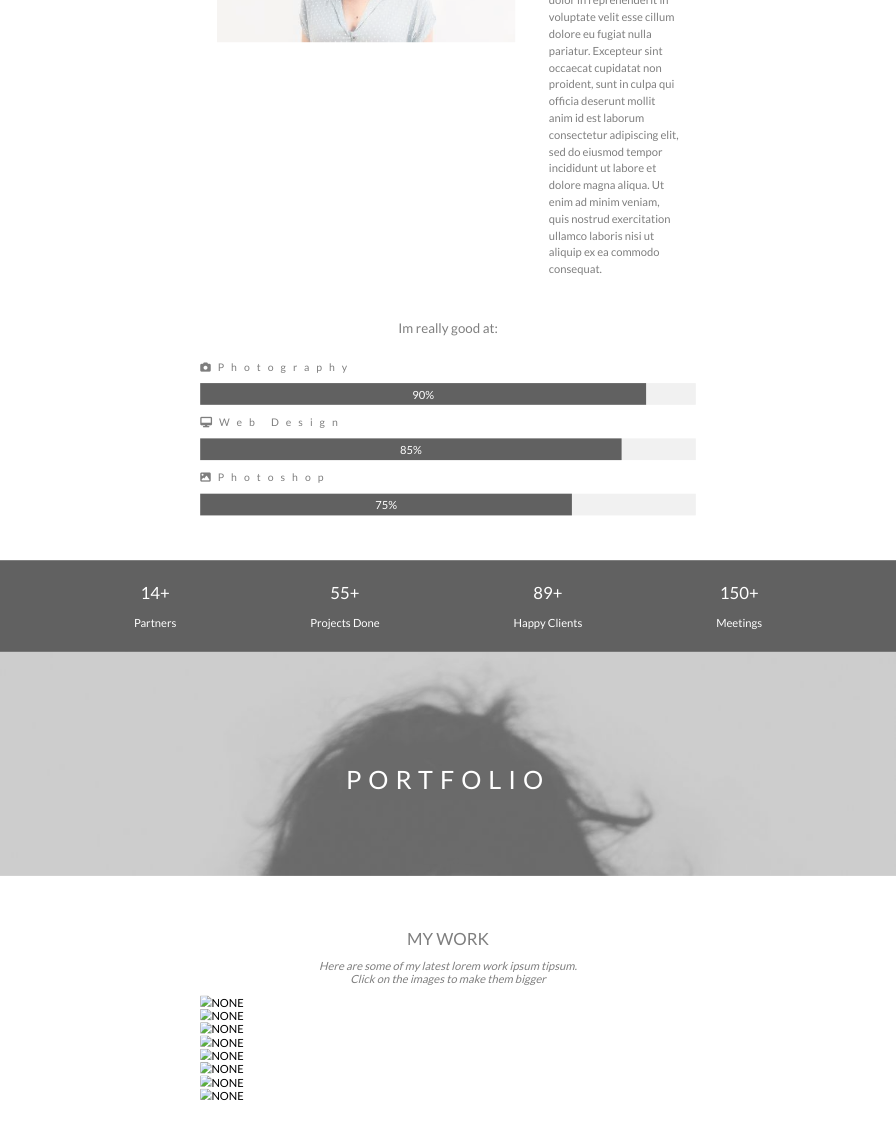
Repository: xd25vn/project-error
Page: index.html
The author's editor kept a copy of each file at every save. The page is drawn from the files as they stood at one save, then again after the next save.
The browser window is 1280 px wide. The pictures show the part of the page from y = 1035 to 2955 px (the page is 2674 px tall before and 2955 px after), at 70% of full size.

Above is the page before, as saved 2023-09-03 13:52:25.

### index.html
<html lang="en">
<head>
    <meta charset="UTF-8">
    <meta name="viewport" content="width=device-width, initial-scale=1.0">
    <title>TEMPLATE PARALLAX</title>
    <link rel="stylesheet" href="./assets/base.css">
    <link rel="stylesheet" href="./assets/main.css">
    <link rel="stylesheet" href="https://fonts.googleapis.com/css?family=Lato">
    <link rel="stylesheet" href="./assets/font/fontawesome-free-6.4.0-web/fontawesome-free-6.4.0-web/css/all.min.css">
</head>
<body>
    <!--! HEADER -->
    <header>
        <!--? NAV -->
        <ul id="nav">
            <li><a href="#">Home</a></li>
            <li><a href="#"><i class="fa-solid fa-user"></i>About</a></li>
            <li><a href="#"><i class="fa fa-th"></i>Portfolio</a></li>
            <li><a href="#"><i class="fa-solid fa-envelope"></i>contact</a></li>
        </ul>
        <div class="nav-icon-search">
            <i class="fa-solid fa-magnifying-glass"></i>
        </div>
        <!--? NAV -->
    </header>
    <!--! HEADER -->
    <!--& SIDEBAR -->
    <div id="sidebar">
        <div class="sidebar-img-one"></div>
        <div class="sidebar-text-one">
            <span>MY WEBSITE LOGO</span>
        </div>
    </div>
    <!-- & SIDEBAR -->
    <div id="content">
        <div id="about">
            <h3 class="heading-section">ABOUT ME</h3>
            <p class="sub-heading-section">I love photography</p>
            <p class="about-section">We have created a fictional "personal" website/blog, and our fictional character is a hobby photographer. Lorem ipsum dolor sit amet, consectetur adipiscing elit, sed do eiusmod tempor incididunt ut labore et dolore magna aliqua. Ut enim ad minim veniam, quis nostrud exercitation ullamco laboris nisi ut aliquip ex ea commodo consequat. Duis aute irure dolor in reprehenderit in voluptate velit esse cillum dolore eu fugiat nulla pariatur. Excepteur sint occaecat cupidatat non proident, sunt in culpa qui officia deserunt mollit anim id est laborum consectetur adipiscing elit, sed do eiusmod tempor incididunt ut labore et dolore magna aliqua. Ut enim ad minim veniam, quis nostrud exercitation ullamco laboris nisi ut aliquip ex ea commodo consequat.</p>

            <div id="per-dec-one">
                <div class="per-img-one">
                    <div class="heading-per-one">
                        <b><i class="fa fa-user w3-margin-right"></i>My Name</b>
                    </div>
                    <br>
                    <div class="per-img">
                        <img src="./assets/image/per-dec-img/avatar_hat.jpg" alt="AVATER HAT">
                    </div>
                </div>

                <div class="per-text-one">
                    <p>Welcome to my website. I am lorem ipsum consectetur adipiscing elit, sed do eiusmod tempor incididunt ut labore et dolore magna aliqua. Ut enim ad minim veniam, quis nostrud exercitation ullamco laboris nisi ut aliquip ex ea commodo consequat. Duis aute irure dolor in reprehenderit in voluptate velit esse cillum dolore eu fugiat nulla pariatur. Excepteur sint occaecat cupidatat non proident, sunt in culpa qui officia deserunt mollit anim id est laborum consectetur adipiscing elit, sed do eiusmod tempor incididunt ut labore et dolore magna aliqua. Ut enim ad minim veniam, quis nostrud exercitation ullamco laboris nisi ut aliquip ex ea commodo consequat.</p>
                </div>
            </div>

            <div class="rate">
                <div class="rate-heading-one">
                        <p>Im really good at:</p>
                </div>
                <div class="wrapper-rate">
                    <div class="rate-section">
                        <div class="rate-section-text-one">
                            <p><i class="fa-solid fa-camera"></i>Photography</p>
                        </div>
                        <div class="rate-section-bg">
                            <div class="rate-section-sub-bg-one">
                                <p>90%</p>
                            </div>
                        </div>
                    </div>

                    <div class="rate-section">
                        <div class="rate-section-text-one">
                            <p><i class="fa-sharp fa-solid fa-desktop"></i>Web Design</p>
                        </div>
                        <div class="rate-section-bg">
                            <div class="rate-section-sub-bg-two">
                                <p>85%</p>
                            </div>
                        </div>
                    </div>

                    <div class="rate-section">
                        <div class="rate-section-text-one">
                            <p><i class="fa-solid fa-image"></i>Photoshop</p>
                        </div>
                        <div class="rate-section-bg">
                            <div class="rate-section-sub-bg-three">
                                <p>75%</p>
                            </div>
                        </div>
                    </div>
                </div>
            </div>
        </div>

        <div class="sum-number">
            <div class="value-section">
                <p class="heading-value">14+</p><br>
                <p>Partners</p>
            </div>

            <div class="value-section">
                <p class="heading-value">55+</p><br>
                <p>Projects Done</p>
            </div>

            <div class="value-section">
                <p class="heading-value">89+</p><br>
                <p>Happy Clients</p>
            </div>

            <div class="value-section">
                <p class="heading-value">150+</p><br>
                <p>Meetings</p>
            </div>
        </div>

        <div class="portfolio">
            <div class="heading-text">
                <p>PORTFOLIO</p>
            </div>
        </div>

        <div id="my-work">
            <div class="heading-work-one">
                <h3>MY WORK</h3>
            </div>

            <div class="sub-heading-work-one">
                <p>Here are some of my latest lorem work ipsum tipsum.<br>
                    Click on the images to make them bigger</p>
            </div>

            <div class="work-list-img">
                <div class="work-img-com">
                    <img src="" alt="NONE">
                </div>

                <div class="work-img-com">
                    <img src="" alt="NONE">
                </div>

                <div class="work-img-com">
                    <img src="" alt="NONE">
                </div>

                <div class="work-img-com">
                    <img src="" alt="NONE">
                </div>

                <div class="work-img-com">
                    <img src="" alt="NONE">
                </div>

                <div class="work-img-com">
                    <img src="" alt="NONE">
                </div>

                <div class="work-img-com">
                    <img src="" alt="NONE">
                </div>

                <div class="work-img-com">
                    <img src="" alt="NONE">
                </div>
            </div>
        </div>

        <div id="contact">

        </div>

        <div id="map-work">

        </div>
    </div>

    <footer id="footer">

    </footer>
</body>
</html>

### assets/base.css
* {
    margin: 0;
    padding: 0;
    box-sizing: border-box;
}
body {
    background-color: #fff;
    font-family: "Lato", sans-serif;
}

### assets/main.css
header {
    height: 43px;
    width: 100%;
    background-color: #fff;
    box-shadow: 0 0 10px rgba(0, 0, 0, 0.6);
    position: fixed;
    z-index: 1;
}

header #nav {
    display: flex;
    list-style: none;
    align-items: center;
    position: relative;
}

header #nav li {
    padding: 14px 16px;
    display: block;
}

header #nav li i {
    padding-right: 4px;
}

header
#nav
li a {
    text-decoration: none;
    color: #000;
    font-size: 15px;
    text-transform: uppercase;
}

header
#nav
li:hover {
    background: #ccc;
    cursor: pointer;
}

header
.nav-icon-search
i {
    position: absolute;
    top: 0;
    right: 0;
    padding: 14px 16px;
    text-align: center;
}

header .nav-icon-search:hover i {
    background-color: #f44336 !important;
    color: #fff;
    display: block;
    cursor: pointer;
}

#sidebar .sidebar-img-one {
    background: url(../assets/image/sidebar1.jpg) center / cover no-repeat;
    padding-top: calc(27% - 10.18px);
    opacity: 0.7;
    position: relative;
}

#sidebar .sidebar-text-one {
    background-color: #000 !important;
    position: absolute;
    padding: 12px 24px;
    left: 50%;
    transform: translateX(-50%);
    top: 23%;
    opacity: 0.8;
}

#sidebar .sidebar-text-one span {
    color: #fff;
    font-size: 24px;
    letter-spacing: 10;
}

#content #about {
    margin: 0px 270px;
    padding: 64px 16px;
}

#content #about .heading-section {
    margin: 10px 0px;
    font-size: 24px;
    font-weight: 400;
    text-align: center;
    opacity: 0.5;
}

#content #about .sub-heading-section {
    margin: 15px 0px;
    font-style: italic;
    text-align: center;
    opacity: 0.5;
}

#content #about .about-section {
    margin: 15px 0px;
    line-height: 1.8;
    opacity: 0.5;
}

#content #per-dec-one {
    display: flex;
}

#content #per-dec-one .per-img-one {
    padding: 12px 24px;
    text-align: center;
}

#content #per-dec-one .per-img-one .heading-per-one {
    margin: 15px 0px;
    font-size: 15px;
    opacity: 0.5;
}

#content #per-dec-one .per-img-one .heading-per-one i {
    padding-right: 8px;
}

#content #per-dec-one .per-img {
    width: 100%;
}

#content #per-dec-one .per-img img {
    height:  284px;
    width: 426px;
    opacity: 0.5;
}

#content #per-dec-one .per-img-one .per-img img:hover {
    opacity: 1;
}

#content #per-dec-one .per-text-one {
    margin: 15px 0;
    padding: 12px 24px;
    opacity: 0.5;
}

#content #per-dec-one .per-text-one p {
    line-height: 1.5;
}

#content .rate .rate-heading-one {
    margin: 18px 0px;
    padding: 16px 0px;
    text-align: center;
}

#content .rate .rate-heading-one p {
    font-size: 19px;
    opacity: 0.5;
}

.rate .rate-section .rate-section-text-one {
    margin: 15px 0;
}

.rate .rate-section .rate-section-text-one p {
    letter-spacing: 10px;
    font-size: 15px;
    opacity: 0.5;
}

.rate .rate-section .rate-section-bg {
    background-color: #f1f1f1;
    width: 100%;
}

.rate .rate-section .rate-section-bg .rate-section-sub-bg-one {
    background-color: #616161;
    width: 90%;
    padding: 6px 8px;
    text-align: center;
}

.rate .rate-section .rate-section-bg .rate-section-sub-bg-two {
    background-color: #616161;
    width: 85%;
    padding: 6px 8px;
    text-align: center;
}

.rate .rate-section .rate-section-bg .rate-section-sub-bg-three {
    background-color: #616161;
    width: 75%;
    padding: 6px 8px;
    text-align: center;
}

.rate .rate-section .rate-section-bg p {
    color: #fff;
}

#content .sum-number {
    display: flex;
    justify-content: space-evenly;
    background-color: #616161;
    padding: 16px 0px;
    text-align: center;
}

#content .sum-number .value-section {
    color: #fff;
    margin: 16px 0px;
}

#content .sum-number .value-section .heading-value {
    font-size: 24px;
}

#content .portfolio {
    background: url(../assets/image/parallax2.jpg) center / cover no-repeat;
    padding-top: 25%;
    width: 100%;
    opacity: 0.8;
    position: relative;
}

#content .portfolio .heading-text {
    position: absolute;
    top: 50%;
    left: 50%;
    transform: translateY(-50%);
    transform: translateX(-50%);
}

#content .portfolio .heading-text p {
    color: #fff;
    font-size: 36px;
    letter-spacing: 10px;
}

#content #my-work {
    margin: 0px 270px;
    padding: 64px 16px;
}

#content #my-work .heading-work-one {
    margin: 10px 0px;
    text-align: center;
}

#content #my-work .heading-work-one h3 {
    font-size: 24px;
    font-weight: 400;
    opacity: 0.5;
}

#content #my-work .sub-heading-work-one {
    text-align: center;
    margin: 15px 0px;
}

#content #my-work .sub-heading-work-one p {
    font-style: italic;
    opacity: 0.5;
}

Loaded but not shown: assets/font/fontawesome-free-6.4.0-web/fontawesome-free-6.4.0-web/css/all.min.css (library)

After the next save:
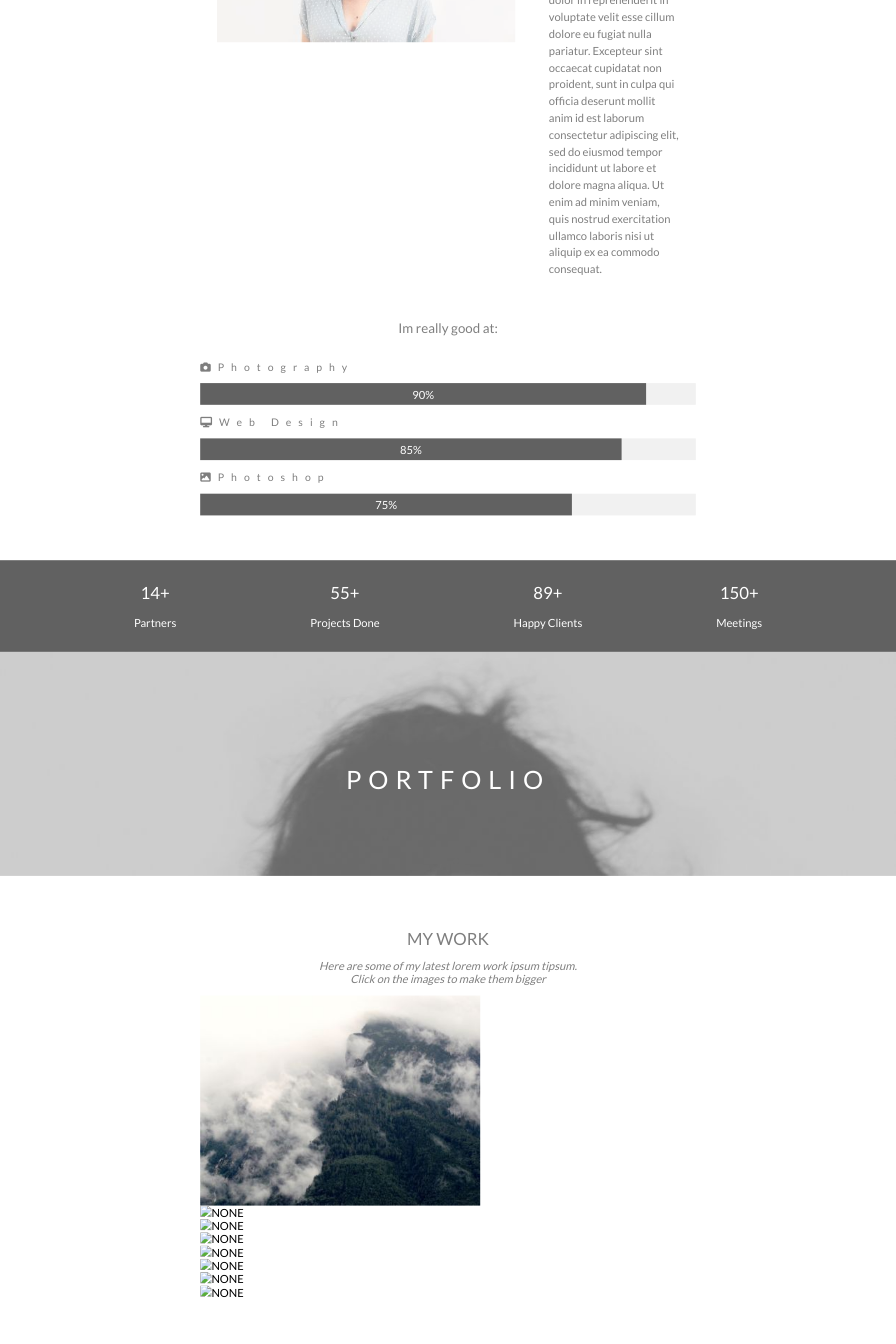
Saved 49 s later.
--- a/index.html
+++ b/index.html
@@ -135,7 +135,7 @@
 
             <div class="work-list-img">
                 <div class="work-img-com">
-                    <img src="" alt="NONE">
+                    <img src="./assets/image/work-list-img/p1.jpg" alt="NONE">
                 </div>
 
                 <div class="work-img-com">
